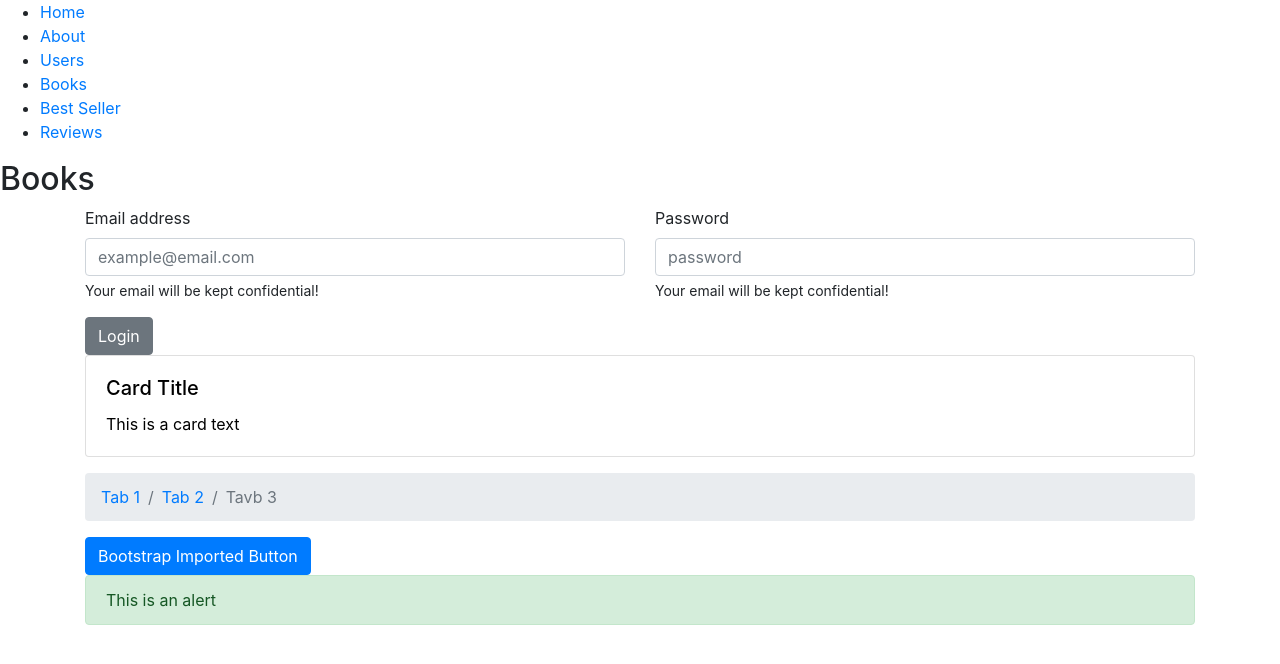
Repository: ebo-arcadia/enjoyou
Page: /books
The author's editor kept a copy of each file at every save. The page is drawn from the files as they stood at one save, then again after the next save.
The browser window is 1280 px wide. The pictures show the whole page.
The project was rebuilt for these pictures with package versions that can differ from the ones it lists, and the page was loaded fresh each time. Also part of the build but not shown: src/App.css.

Above is the page before, as saved 2021-04-19 18:15:52.

### src/App.js
import React from "react";
import './App.css';
import 'bootstrap/dist/css/bootstrap.min.css';
import { Container, Row, Col, Button, Alert, Breadcrumb, Card, Form } from 'react-bootstrap';
import { BrowserRouter as Router, Switch, Route, Link } from "react-router-dom";

export default function App() {
  return (
    <div>
    <Router>
      <div>
        <nav>
          <ul>
            <li> <Link to="/">Home</Link> </li>
            <li> <Link to="/about">About</Link> </li>
            <li> <Link to="/users">Users</Link> </li>
            <li> <Link to="/books">Books</Link> </li>
            <li> <Link to="/bestseller">Best Seller</Link> </li>
            <li> <Link to="/reviews">Reviews</Link> </li>
          </ul>
        </nav>

        {/* A <Switch> looks through its children <Route>s and
            renders the first one that matches the current URL. */}
        <Switch>
          <Route path="/bestseller"><Bestseller /></Route>
          <Route path="/reviews"><Reviews /></Route>
          <Route path="/books"><Books /></Route>
          <Route path="/about"><About /></Route>
          <Route path="/users"><Users /></Route>
          <Route path="/"><Home /></Route>
        </Switch>
      </div>
    </Router>
    <header className="App-header">
      <Container>
        <Form>
          <Row>
            <Col>
              <Form.Group controlId="forEmail">
                <Form.Label>Email address</Form.Label>
                <Form.Control type="email" placeholder="example@email.com" />
                <Form.Text>
                  Your email will be kept confidential!
                </Form.Text>
              </Form.Group>
            </Col>

            <Col>
              <Form.Group controlId="forPassword">
              <Form.Label>Password</Form.Label>
              <Form.Control type="email" placeholder="password" />
              <Form.Text>
                Your email will be kept confidential!
              </Form.Text>
              </Form.Group>
            </Col>
          </Row>
          <Button variant="secondary" type="submit">Login</Button>
        </Form>

        <Card className="mb-3" style={{ color: "#000"}}>
          <Card.Img />
          <Card.Body>
            <Card.Title>Card Title</Card.Title>
            <Card.Text>This is a card text</Card.Text>
          </Card.Body>
        </Card>

        <Breadcrumb>
          <Breadcrumb.Item>Tab 1</Breadcrumb.Item>
          <Breadcrumb.Item>Tab 2</Breadcrumb.Item>
          <Breadcrumb.Item active>Tavb 3</Breadcrumb.Item>
        </Breadcrumb>
        <Button variant="primary">Bootstrap Imported Button</Button>
        <Alert variant="success">This is an alert</Alert>
      </Container>
      </header>
    </div>
  );
}

function Home()        { return <h2>Home</h2> }
function About()       { return <h2>About</h2> }
function Users()       { return <h2>Users</h2> }
function Books()       { return <h2>Books</h2> }
function Bestseller()  { return <h2>Best Seller</h2> }
function Reviews()     { return <h2>Reviews</h2> }

Loaded but not shown: public/index.html (common file); src/index.js (common file); src/index.css (common file); src/reportWebVitals.js (common file)

After the next save:
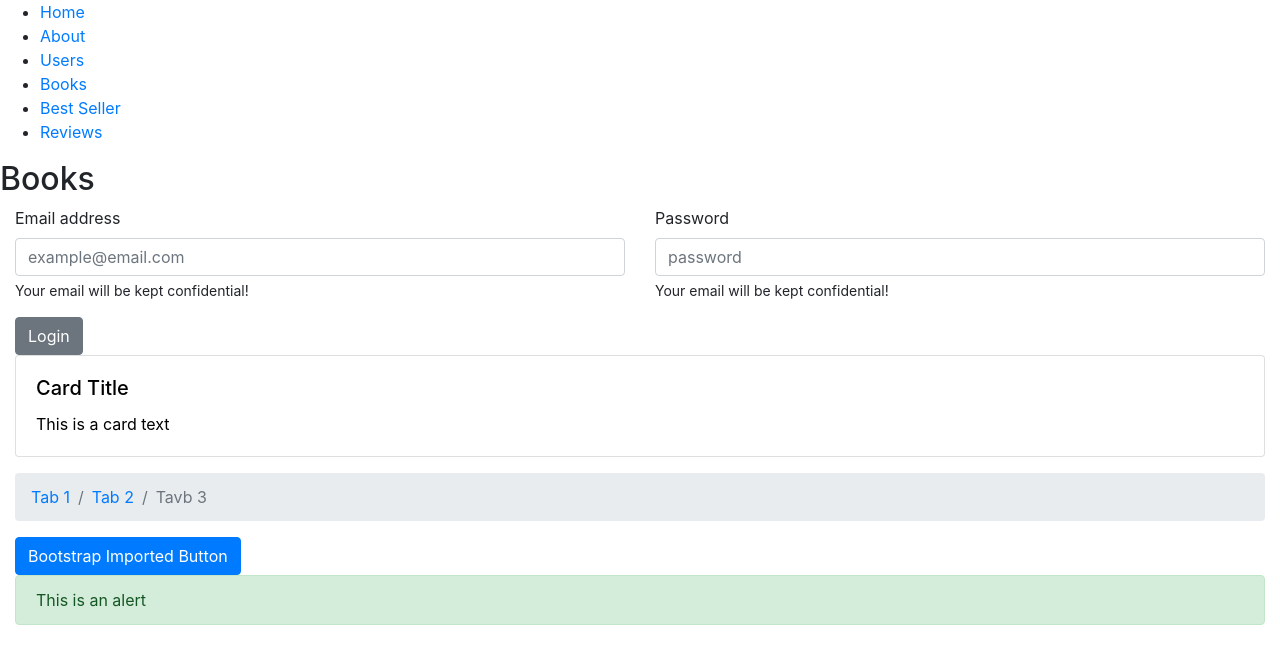
Saved 83 s later.
--- a/src/App.js
+++ b/src/App.js
@@ -33,7 +33,7 @@ export default function App() {
       </div>
     </Router>
     <header className="App-header">
-      <Container>
+      <Container fluid>
         <Form>
           <Row>
             <Col>
